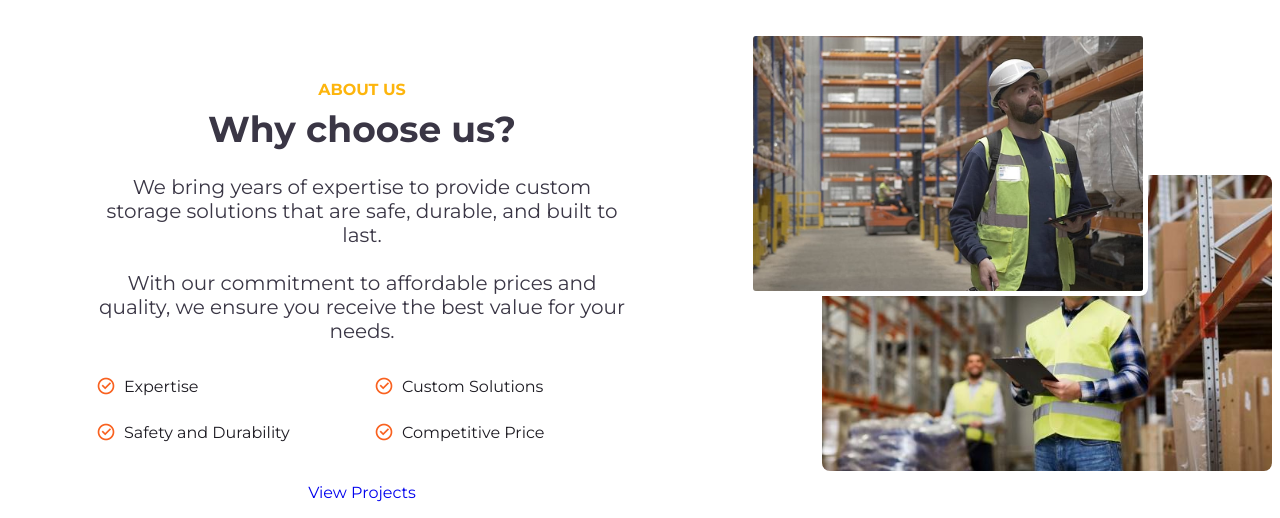
Repository: jahatesu/shelves-and-storage-equipment
Page: index.html
The author's editor kept a copy of each file at every save. The page is drawn from the files as they stood at one save, then again after a run of saves.
The browser window is 1280 px wide. The pictures show the part of the page from y = 720 to 1238 px (the page is 1238 px tall).
Backgrounds fixed to the window are drawn as part of the page. Some web fonts or font styles are not loaded; a fallback is used.

Above is the page before, as saved 2025-01-08 15:45:22.
Console error: TypeError: Cannot read properties of null (reading 'querySelector')

After the next 2 saves:
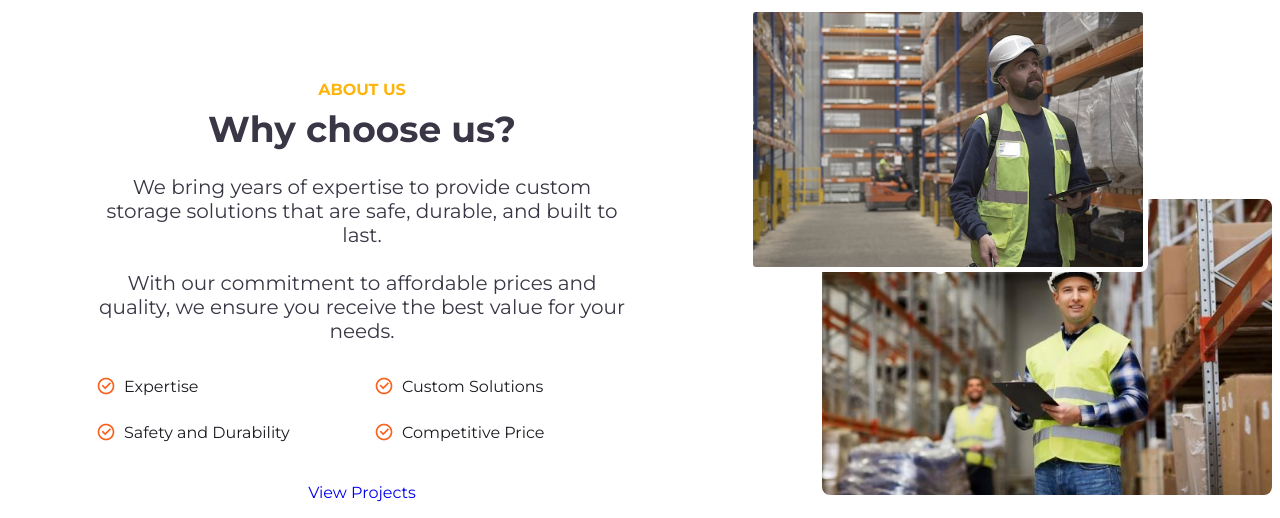
The 2 saves are shown as one change because they came seconds apart.
The last was saved 7 s later.
--- a/style.css
+++ b/style.css
@@ -408,7 +408,7 @@ header {
 
 .about_img2 {
     width: 450px;
-    margin-top: 4rem;
+    margin-top: 7rem;
     margin-right: -5.5rem;
 }
 
